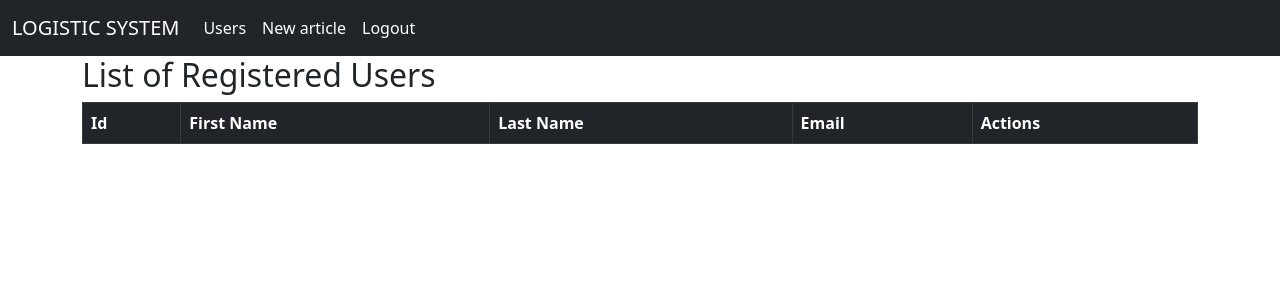
Repository: ADEMbenkahla/STS-d-affichage-quipements
Page: http://localhost/users
These files come from the project's save history. The page is drawn as it stood at one moment and after the next save; the edit follows.
The browser window is 1280 px wide. The pictures show the whole page.
The page is this project's Thymeleaf template; nobody is signed in. The template is opened directly, without the code that normally fills it, so the values that code supplies are empty.

Above is the page before, as saved 2023-12-01 21:23:54.

After the next save:
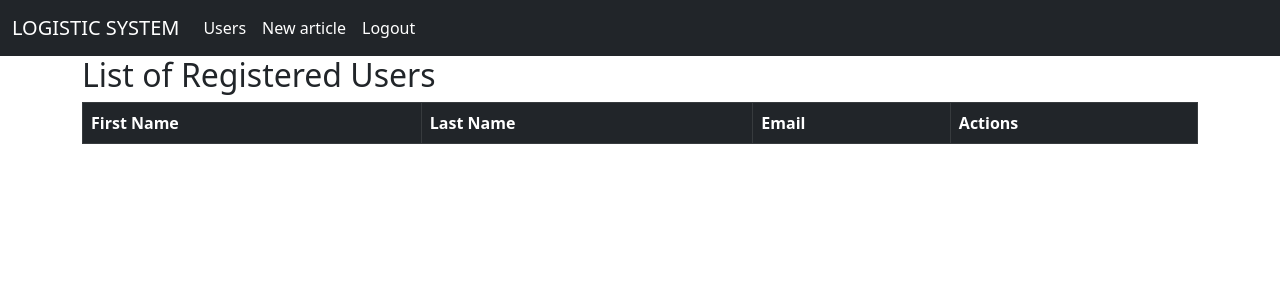
Saved 16 min 57 s later.
--- a/Stage/src/main/resources/templates/users.html
+++ b/Stage/src/main/resources/templates/users.html
@@ -39,7 +39,6 @@
     <table class="table table-bordered table-hover">
         <thead class="table-dark">
             <tr>
-				<th>Id</th>
                 <th>First Name</th>
                 <th>Last Name</th>
                 <th>Email</th>
